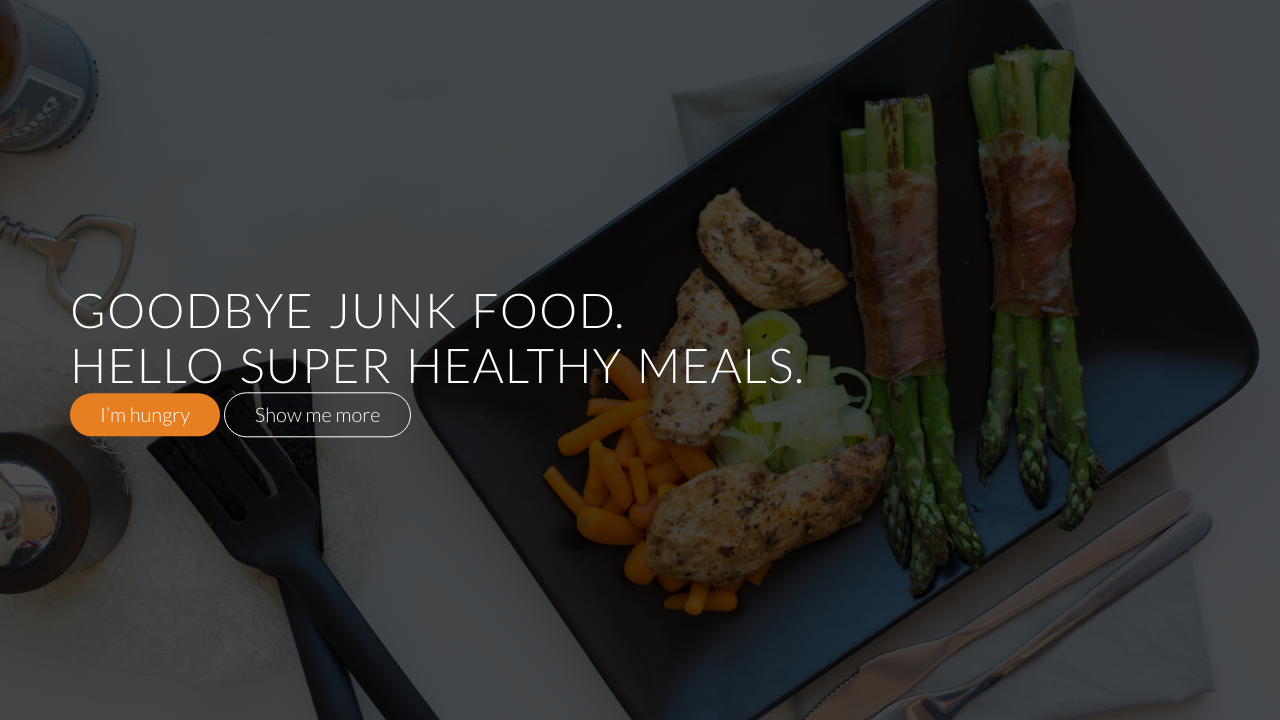
Repository: MalgorzataMazur/Omnifood
Page: index.html
The author's editor kept a copy of each file at every save. The page is drawn from the files as they stood at one save, then again after the next save.
The browser window is 1280 px wide. The pictures show the whole page.

Above is the page before, as saved 2019-10-23 20:59:20.

### index.html
<!DOCTYPE html>
<html lang="en">
    <head>
        <link rel="stylesheet" href="vendors/css/normalize.css">
        <link rel="stylesheet" href="vendors/css/grid.css">
        <link rel="stylesheet" href="resources/css/style.css">
        <link href="https://fonts.googleapis.com/css?family=Lato:100,300,300i,400&display=swap" rel="stylesheet">
        <meta charset="UTF-8">
        <meta name="viewport" content="width=device-width, initial-scale=1.0">
        <meta http-equiv="X-UA-Compatible" content="ie=edge">
        <title>Omnifood</title>
    </head>
    <body>
        <header> <!-- like container to put some conetent nav, footer, main element for the main cinetent etc-->
            <div class="hero-text-box">
                <h1>Goodbye junk food.<br>Hello super healthy meals.</h1>
                <a class="btn btn-full" href="#">I’m hungry</a>
                <a class="btn btn-ghost" href="#">Show me more</a>



            </div>
        </header>


    </body>
</html>

### resources/css/style.css
* {
    margin: 0%;
    padding: 0%;
    box-sizing: border-box;
}

html {
    background-color: #fff;
    color: #555;
    font-family: 'Lato';'Arial', sans-serif;
    font-weight: 300;
    font-size: 20px;
    text-rendering: optimizeLegibility;
}

.row {
    max-width: 1140px;
    margin: 0 auto;
}

header {
    background-image: linear-gradient(rgba(0, 0, 0, 0.705), rgba(0, 0, 0, 0.705)), url(img/hero.jpg);
    background-size: cover;
    background-position: center;
    height: 100vh;
}

.hero-text-box {
    position: absolute;
    width: 1140px;
    top: 50%;
    left: 50%;
    transform: translate(-50%,-50%);
}

h1 {
    margin: 0;
    color: #fff;
    font-size: 240%;
    font-weight: 300;
    text-transform: uppercase;
    letter-spacing: 1px;
    word-spacing: 4px;
}
.btn {
    display: inline-block;
    padding: 10px 30px;
    font-weight: 300;
    text-decoration: none;
    border-radius: 200px;
    color: #fff;
}

.btn-full {
    background-color: #e67e22;

}

.btn-ghost {
    border: 1px solid
}

Loaded but not shown: vendors/css/normalize.css (library); vendors/css/grid.css (library)

After the next save:
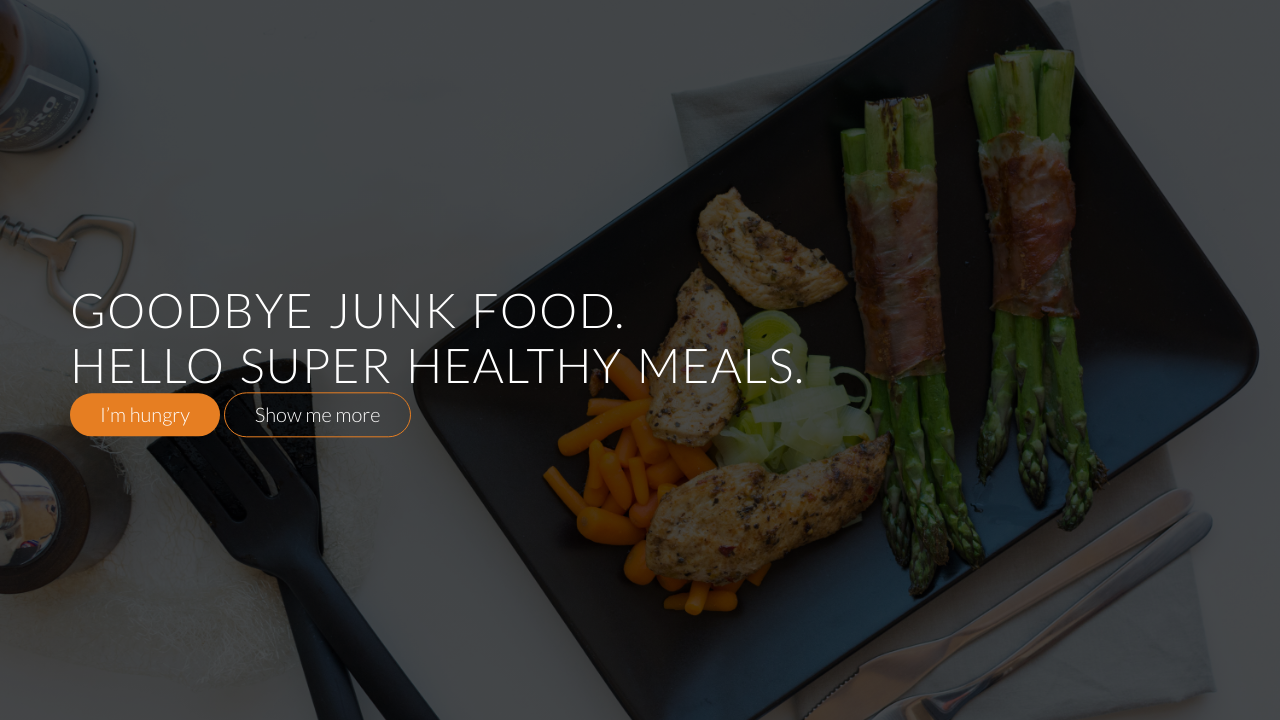
Saved 18 s later.
--- a/resources/css/style.css
+++ b/resources/css/style.css
@@ -57,5 +57,5 @@ h1 {
 }
 
 .btn-ghost {
-    border: 1px solid
+    border: 1px solid #e67e22;
 }
